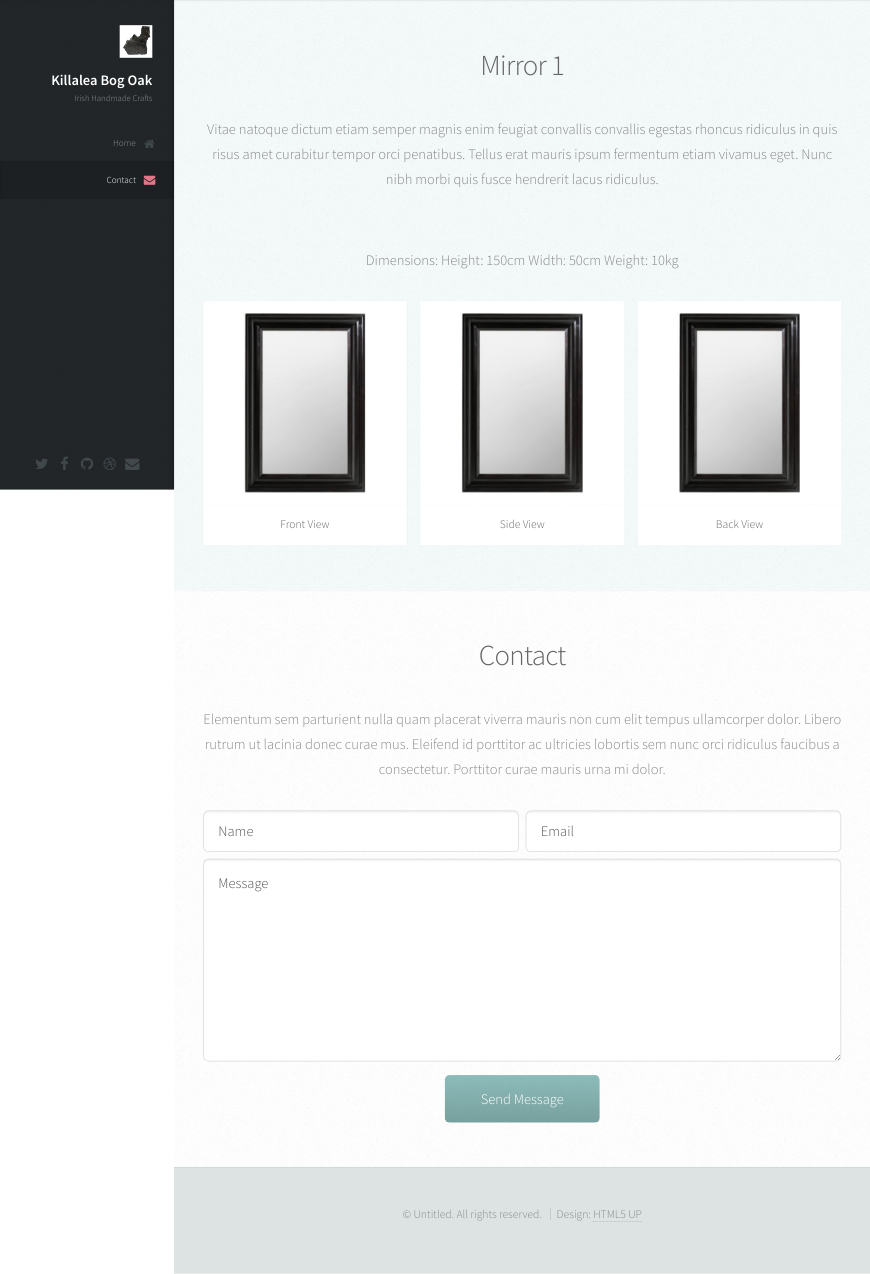
Repository: patrickkillalea/bogoak
Page: workspace/mirrors1.html
The author's editor kept a record of every edit. The page is drawn from the files as they stood at one moment, then again after the next edit.
The browser window is 1280 px wide. The pictures show the whole page, at 68% of full size.

Above is the page before.

### workspace/mirrors1.html
<!DOCTYPE HTML>
<!--
	Prologue by HTML5 UP
	html5up.net | @n33co
	Free for personal and commercial use under the CCA 3.0 license (html5up.net/license)
-->
<html>

<head>
	<title>Prologue by HTML5 UP</title>
	<meta http-equiv="content-type" content="text/html; charset=utf-8" />
	<meta name="description" content="" />
	<meta name="keywords" content="" />
	<!--[if lte IE 8]><script src="css/ie/html5shiv.js"></script><![endif]-->
	<script src="js/jquery.min.js"></script>
	<script src="js/jquery.scrolly.min.js"></script>
	<script src="js/jquery.scrollzer.min.js"></script>
	<script src="js/skel.min.js"></script>
	<script src="js/skel-layers.min.js"></script>
	<script src="js/init.js"></script>
	<noscript>
		<link rel="stylesheet" href="css/skel.css" />
		<link rel="stylesheet" href="css/style.css" />
		<link rel="stylesheet" href="css/style-wide.css" />
	</noscript>
	<!--[if lte IE 9]><link rel="stylesheet" href="css/ie/v9.css" /><![endif]-->
	<!--[if lte IE 8]><link rel="stylesheet" href="css/ie/v8.css" /><![endif]-->
</head>

<body>

	<!-- Header -->
	<div id="header" class="skel-layers-fixed">

		<div class="top">

			<!-- Logo -->
			<div id="logo">
				<span class="image avatar48"><img src="images/bogoakicon.jpg" alt="" /></span>
				<h1 id="title">Killalea Bog Oak</h1>
				<p>Irish Handmade Crafts</p>
			</div>

			<!-- Nav -->
			<nav id="nav">
				<!--

								Prologue's nav expects links in one of two formats:

								1. Hash link (scrolls to a different section within the page)

								   <li><a href="#foobar" id="foobar-link" class="icon fa-whatever-icon-you-want skel-layers-ignoreHref"><span class="label">Foobar</span></a></li>

								2. Standard link (sends the user to another page/site)

								   <li><a href="http://foobar.tld" id="foobar-link" class="icon fa-whatever-icon-you-want"><span class="label">Foobar</span></a></li>

							-->
				<ul>
					<li><a href="index.html" id="top-link" class="skel-layers-ignoreHref"><span class="icon fa-home">Home</span></a>
					</li>
					<li><a href="#contact" id="contact-link" class="skel-layers-ignoreHref"><span class="icon fa-envelope">Contact</span></a>
					</li>
				</ul>
			</nav>

		</div>

		<div class="bottom">

			<!-- Social Icons -->
			<ul class="icons">
				<li><a href="#" class="icon fa-twitter"><span class="label">Twitter</span></a>
				</li>
				<li><a href="#" class="icon fa-facebook"><span class="label">Facebook</span></a>
				</li>
				<li><a href="#" class="icon fa-github"><span class="label">Github</span></a>
				</li>
				<li><a href="#" class="icon fa-dribbble"><span class="label">Dribbble</span></a>
				</li>
				<li><a href="#" class="icon fa-envelope"><span class="label">Email</span></a>
				</li>
			</ul>

		</div>

	</div>

	<!-- Main -->
	<div id="main">


		<!-- Portfolio -->
		<section id="portfolio" class="two">
			<div class="container">

				<header>
					<h2>Mirror 1</h2>
				</header>

				<p>Vitae natoque dictum etiam semper magnis enim feugiat convallis convallis egestas rhoncus ridiculus in quis risus amet curabitur tempor orci penatibus. Tellus erat mauris ipsum fermentum etiam vivamus eget. Nunc nibh morbi quis fusce hendrerit lacus
					ridiculus.
				</p>
				</br>
				<p>Dimensions: Height: 150cm Width: 50cm Weight: 10kg</p>

				<div class="row">
					<div class="4u">
						<article class="item">
							<a href="#" class="image fit">
								<img src="images_mirror/1.jpg" alt="" />
							</a>
							<header>
								<h3>Front View</h3>
							</header>
						</article>
					</div>
					<div class="4u">
						<article class="item">
							<a href="#" class="image fit">
								<img src="images_mirror/1.jpg" alt="" />
							</a>
							<header>
								<h3>Side View</h3>
							</header>
						</article>
					</div>
					<div class="4u">
						<article class="item">
							<a href="#" class="image fit">
								<img src="images_mirror/1.jpg" alt="" />
							</a>
							<header>
								<h3>Back View</h3>
							</header>
						</article>
					</div>
				</div>

			</div>
		</section>

		<!-- Contact -->
		<section id="contact" class="seven">
			<div class="container">

				<header>
					<h2>Contact</h2>
				</header>

				<p>Elementum sem parturient nulla quam placerat viverra mauris non cum elit tempus ullamcorper dolor. Libero rutrum ut lacinia donec curae mus. Eleifend id porttitor ac ultricies lobortis sem nunc orci ridiculus faucibus a consectetur. Porttitor curae
					mauris urna mi dolor.</p>

				<form method="post" action="#">
					<div class="row 50%">
						<div class="6u">
							<input type="text" name="name" placeholder="Name" />
						</div>
						<div class="6u">
							<input type="text" name="email" placeholder="Email" />
						</div>
					</div>
					<div class="row 50%">
						<div class="12u">
							<textarea name="message" placeholder="Message"></textarea>
						</div>
					</div>
					<div class="row">
						<div class="12u">
							<input type="submit" value="Send Message" />
						</div>
					</div>
				</form>

			</div>
		</section>


	</div>

	<!-- Footer -->
	<div id="footer">

		<!-- Copyright -->
		<ul class="copyright">
			<li>&copy; Untitled. All rights reserved.</li>
			<li>Design: <a href="http://html5up.net">HTML5 UP</a>
			</li>
		</ul>

	</div>

</body>

</html>

### workspace/css/style.css
@charset 'UTF-8';
@import url("font-awesome.min.css");
@import url("http://fonts.googleapis.com/css?family=Source+Sans+Pro:300,300italic,400,600");

/*
	Prologue by HTML5 UP
	html5up.net | @n33co
	Free for personal and commercial use under the CCA 3.0 license (html5up.net/license)
*/

/*********************************************************************************/
/* Basic                                                                         */
/*********************************************************************************/

	body
	{
		background: #fff;
	}

		body.is-loading *
		{
			-moz-transition: none !important;
			-webkit-transition: none !important;
			-o-transition: none !important;
			-ms-transition: none !important;
			transition: none !important;
			-moz-animation: none !important;
			-webkit-animation: none !important;
			-o-animation: none !important;
			-ms-animation: none !important;
			animation: none !important;
		}

	body,input,textarea,select
	{
		font-family: 'Source Sans Pro', sans-serif;
		font-size: 19pt;
		font-weight: 300;
		line-height: 1.75em;
		color: #888;
	}

	h1,h2,h3,h4,h5,h6
	{
		font-weight: 300;
		color: #666;
		line-height: 1.5em;
	}

		h1 a, h2 a, h3 a, h4 a, h5 a, h6 a
		{
			color: inherit;
			text-decoration: none;
		}

		h1 strong, h2 strong, h3 strong, h4 strong, h5 strong, h6 strong
		{
			color: #333;
		}

		h2
		{
			font-size: 2em;
			letter-spacing: -1px;
		}

			h2.alt
			{
				color: #888;
			}

			h2.alt strong
			{
				color: #666;
			}

		h3
		{
			font-size: 1.5em;
		}

	header
	{
		margin: 0 0 2em 0;
	}

		header > p
		{
			margin: 1em 0 0 0;
		}

	footer
	{
		margin: 2em 0 0 0;
	}

	strong, b
	{
		font-weight: 300;
		color: #666;
	}

	em, i
	{
		font-style: italic;
	}

	a
	{
		text-decoration: none;
		color: inherit;
		border-bottom: dotted 1px rgba(128,128,128,0.5);
		-moz-transition: color 0.35s ease-in-out, border-bottom-color 0.35s ease-in-out;
		-webkit-transition: color 0.35s ease-in-out, border-bottom-color 0.35s ease-in-out;
		-o-transition: color 0.35s ease-in-out, border-bottom-color 0.35s ease-in-out;
		-ms-transition: color 0.35s ease-in-out, border-bottom-color 0.35s ease-in-out;
		transition: color 0.35s ease-in-out, border-bottom-color 0.35s ease-in-out;
		outline: 0;
	}

		a:hover
		{
			color: #E27689;
			border-bottom-color: rgba(255,255,255,0);
		}

	sub
	{
		position: relative;
		top: 0.5em;
		font-size: 0.8em;
	}

	sup
	{
		position: relative;
		top: -0.5em;
		font-size: 0.8em;
	}

	hr
	{
		border: 0;
		border-top: solid 1px #ddd;
	}

	blockquote
	{
		border-left: solid 0.5em #ddd;
		padding: 1em 0 1em 2em;
		font-style: italic;
	}

	p, ul, ol, dl, table
	{
		margin-bottom: 2em;
	}

	br.clear
	{
		clear: both;
	}

	/* Sections/Article */

		section,
		article
		{
			margin-bottom: 3em;
		}

			section > :last-child,
			article > :last-child,
			section > .container > :last-child,
			article > .container > :last-child
			{
				margin-bottom: 0;
			}

			section:last-child,
			article:last-child
			{
				margin-bottom: 0;
			}

			.row > section,
			.row > article
			{
				margin-bottom: 0;
			}

	/* Image */

		.image
		{
			display: inline-block;
			border: 0;
		}

			.image img
			{
				display: block;
				width: 100%;
			}

			.image.avatar48
			{
				width: 48px;
				height: 48px;
				background: #f00;
			}

				.image.avatar48 img
				{
					width: 48px;
					height: 48px;
				}

			.image.fit
			{
				display: block;
				width: 100%;
			}

			.image.featured
			{
				display: block;
				width: 100%;
				margin: 0 0 2em 0;
			}

			.image.left
			{
				float: left;
				margin: 0 2em 2em 0;
			}

			.image.centered
			{
				display: block;
				margin: 0 0 2em 0;
			}

				.image.centered img
				{
					margin: 0 auto;
					width: auto;
				}

	/* List */

		ul
		{
		}

			ul.default
			{
				list-style: disc;
				padding-left: 1em;
			}

				ul.default li
				{
					padding-left: 0.5em;
				}

			ul.icons
			{
				cursor: default;
			}

				ul.icons li
				{
					display: inline-block;
				}

					ul.icons a
					{
						display: inline-block;
						width: 2em;
						height: 2em;
						line-height: 2em;
						text-align: center;
						border: 0;
					}

		ol
		{
		}

			ol.default
			{
				list-style: decimal;
				padding-left: 1.25em;
			}

				ol.default li
				{
					padding-left: 0.25em;
				}

	/* Form */

		form
		{
		}

			form label
			{
				display: block;
				text-align: left;
				margin-bottom: 0.5em;
			}

			form input[type="text"],
			form input[type="email"],
			form input[type="password"],
			form select,
			form textarea
			{
				position: relative;
				-webkit-appearance: none;
				display: block;
				border: 0;
				outline: 0;
				background: #fff;
				background: rgba(255,255,255,0.75);
				width: 100%;
				border-radius: 0.35em;
				padding: 0.75em 1em 0.75em 1em;
				box-shadow: inset 0 0.1em 0.1em 0 rgba(0,0,0,0.05);
				border: solid 1px rgba(0,0,0,0.15);
				-moz-transition: all 0.35s ease-in-out;
				-webkit-transition: all 0.35s ease-in-out;
				-o-transition: all 0.35s ease-in-out;
				-ms-transition: all 0.35s ease-in-out;
				transition: all 0.35s ease-in-out;
			}

				form input[type="text"],
				form input[type="email"],
				form input[type="password"],
				form select
				{
					line-height: 1.25em;
				}

				form input[type="text"]:focus,
				form input[type="email"]:focus,
				form input[type="password"]:focus,
				form select:focus,
				form textarea:focus
				{
					box-shadow: 0 0 2px 1px #8ebebc;
					background: #fff;
				}

				form textarea
				{
					min-height: 14em;
				}

				form .formerize-placeholder
				{
					color: #555 !important;
				}

				form ::-webkit-input-placeholder
				{
					color: #555 !important;
				}

				form :-moz-placeholder
				{
					color: #555 !important;
				}

				form ::-moz-placeholder
				{
					color: #555 !important;
				}

				form :-ms-input-placeholder
				{
					color: #555 !important;
				}

				form ::-moz-focus-inner
				{
					border: 0;
				}

	/* Table */

		table
		{
			width: 100%;
		}

			table.default
			{
				width: 100%;
				text-align: left;
			}

				table.default tbody tr:nth-child(2n+2)
				{
					background: #f4f4f4;
				}

				table.default td
				{
					padding: 0.5em 1em 0.5em 1em;
				}

				table.default th
				{
					text-align: left;
					padding: 0.5em 1em 0.5em 1em;
					color: #fff;
					background: #222729 url('images/overlay.png');
				}

				table.default thead
				{
					background: #444;
					color: #fff;
				}

				table.default tfoot
				{
					background: #eee;
				}

				table.default tbody
				{
				}

	/* Button */

		input[type="button"],
		input[type="submit"],
		input[type="reset"],
		.button
		{
			position: relative;
			display: inline-block;
			border-radius: 0.35em;
			color: #fff !important;
			text-decoration: none;
			padding: 0.75em 2.5em 0.75em 2.5em;
			background-color: #8ebebc;
			border: 0;
			cursor: pointer;
			background-image: -moz-linear-gradient(top, rgba(0,0,0,0), rgba(0,0,0,0.15)), url('images/overlay.png');
			background-image: -webkit-linear-gradient(top, rgba(0,0,0,0), rgba(0,0,0,0.15)), url('images/overlay.png');
			background-image: -o-linear-gradient(top, rgba(0,0,0,0), rgba(0,0,0,0.15)), url('images/overlay.png');
			background-image: -ms-linear-gradient(top, rgba(0,0,0,0), rgba(0,0,0,0.15)), url('images/overlay.png');
			background-image: linear-gradient(top, rgba(0,0,0,0), rgba(0,0,0,0.15)), url('images/overlay.png');
			-moz-transition: background-color 0.35s ease-in-out;
			-webkit-transition: background-color 0.35s ease-in-out;
			-o-transition: background-color 0.35s ease-in-out;
			-ms-transition: background-color 0.35s ease-in-out;
			transition: background-color 0.35s ease-in-out;
		}

			input[type="button"]:hover,
			input[type="submit"]:hover,
			input[type="reset"]:hover,
			.button:hover
			{
				background-color: #9ececc;
			}

			input[type="button"]:active,
			input[type="submit"]:active,
			input[type="reset"]:active,
			.button:active
			{
				background-color: #7eaeac;
			}

	/* Item */

		.item
		{
			box-shadow: 0 0.05em 0.15em 0 rgba(0,0,0,0.05);
			margin-bottom: 40px;
		}

			.item header
			{
				background: #fff;
				margin: 0;
				padding: 1em 0 1em 0;
				font-size: 0.8em;
			}

				.item header h3
				{
					font-size: 1em;
				}

/*********************************************************************************/
/* Icons                                                                         */
/*********************************************************************************/

	.icon {
		text-decoration: none;
	}

		.icon:before {
			display: inline-block;
			font-family: FontAwesome;
			font-size: 1.25em;
			text-decoration: none;
			font-style: normal;
			font-weight: normal;
			line-height: 1;
			-webkit-font-smoothing:antialiased;
			-moz-osx-font-smoothing:grayscale;
		}

		.icon > .label {
			display: none;
		}

/*********************************************************************************/
/* Header                                                                        */
/*********************************************************************************/

	#header
	{
		position: fixed;
		top: 0;
		left: 0;
		width: 375px;
		height: 100%;
		color: #fff;
		background: #222629 url('images/overlay.png');
		box-shadow: inset -0.25em 0 0.25em 0 rgba(0,0,0,0.1);
		text-align: right;
	}

		#header .top
		{
			position: absolute;
			left: 0;
			top: 0;
			width: 100%;
		}

		#header .bottom
		{
			position: absolute;
			left: 0;
			bottom: 0;
			width: 100%;
		}

		#header .icons
		{
			font-size: 0.8em;
			margin: 0 0 1em 0;
			text-align: center;
		}

			#header .icons a
			{
				color: #41484c;
				-moz-transition: color 0.35s ease-in-out;
				-webkit-transition: color 0.35s ease-in-out;
				-o-transition: color 0.35s ease-in-out;
				-ms-transition: color 0.35s ease-in-out;
				transition: color 0.35s ease-in-out;
			}

				#header .icons a:hover
				{
					color: #fff;
				}

	#logo
	{
		position: relative;
		margin: 1.75em 1.5em 1.5em 1.5em;
		min-height: 48px;
		cursor: default;
	}

		#logo h1
		{
			position: relative;
			color: #fff;
			font-weight: 600;
			font-size: 1em;
			line-height: 1em;
		}

		#logo p
		{
			position: relative;
			display: block;
			font-size: 0.6em;
			color: rgba(255,255,255,0.5);
			line-height: 1.25em;
			margin: 0.5em 0 0 0;
		}

		#logo .image
		{
			position: absolute;
			left: 0;
			top: 0;
		}

	#nav
	{
	}

		#nav ul
		{
		}

			#nav ul li
			{
			}

				#nav ul li a
				{
					display: block;
					padding: 0.5em 1.5em 0.5em 1.5em;
					color: rgba(255,255,255,0.5);
					text-decoration: none;
					outline: 0;
					border: 0;
					-moz-transition: none;
					-webkit-transition: none;
					-o-transition: none;
					-ms-transition: none;
					transition: none;
				}

					#nav ul li a span
					{
						position: relative;
						display: block;
						font-size: 0.8em;
					}

						#nav ul li a span:before
						{
							position: absolute;
							left: 0;
							color: #41484c;
							text-align: center;
							width: 1.25em;
							line-height: 1.75em;
						}

					#nav ul li a.active
					{
						background: rgba(0,0,0,0.15);
						box-shadow: inset 0 0 0.25em 0 rgba(0,0,0,0.125);
						color: #fff;
					}

						#nav ul li a.active span
						{
						}

							#nav ul li a.active span:before
							{
								color: #e27689;
							}

/*********************************************************************************/
/* Footer                                                                        */
/*********************************************************************************/

	#footer
	{
		margin-left: 375px;
		text-align: center;
		background-color: #dce3e2;
		padding: 3em 0 4em 0;
		box-shadow: inset 0 1px 0 0 rgba(0,0,0,0.05), inset 0 0.1em 0.1em 0 rgba(0,0,0,0.025);
		font-size: 0.8em;
	}

		#footer .copyright
		{
			cursor: default;
			margin: 0;
		}

			#footer .copyright li
			{
				display: inline-block;
				line-height: 1em;
				border-left: solid 1px rgba(128,128,128,0.35);
				padding: 0 0 0 0.5em;
				margin: 0 0 0 0.5em;
			}

			#footer .copyright li:first-child
			{
				border-left: 0;
				padding-left: 0;
				margin-left: 0;
			}

/*********************************************************************************/
/* Main                                                                          */
/*********************************************************************************/

	#main
	{
		margin-left: 375px;
	}

		#main > section
		{
			margin: 0;
			overflow: hidden;
			padding: 4em 0;
			box-shadow: inset 0 1px 0 0 rgba(0,0,0,0.05), inset 0 0.1em 0.1em 0 rgba(0,0,0,0.025);
			text-align: center;
			background-image: url('images/overlay.png');
		}

			#main > section.dark
			{
				color: #ddd;
				color: rgba(255,255,255,0.75);
			}

				#main > section.dark h2,
				#main > section.dark h3,
				#main > section.dark h4,
				#main > section.dark h5,
				#main > section.dark h6
				{
					color: inherit;
				}

				#main > section.dark strong,
				#main > section.dark a
				{
					color: #fff;
					border-color: inherit;
				}

					#main > section.dark a:hover
					{
						border-bottom-color: rgba(255,255,255,0);
					}

			#main > section.cover
			{
				padding: 6em 0;
				background-size: cover;
				background-position: center center;
			}

			#main > section.one
			{
				background-color: #81918E;
				background-image: url('../images/banner.jpg');
			}

			#main > section.two
			{
				background-color: #f5fafa;
			}

			#main > section.three
			{
				background-color: #ecf1f1;
			}

			#main > section.four
			{
				background-color: #e8edec;
			}

### workspace/css/style-wide.css
/*
	Prologue by HTML5 UP
	html5up.net | @n33co
	Free for personal and commercial use under the CCA 3.0 license (html5up.net/license)
*/

/*********************************************************************************/
/* Basic                                                                         */
/*********************************************************************************/

	body,input,textarea,select
	{
		font-size: 17pt;
	}

/*********************************************************************************/
/* Header                                                                        */
/*********************************************************************************/

	#header
	{
		width: 300px;
	}

/*********************************************************************************/
/* Footer                                                                        */
/*********************************************************************************/

	#footer
	{
		margin-left: 300px;
	}

/*********************************************************************************/
/* Main                                                                          */
/*********************************************************************************/

	#main
	{
		margin-left: 300px;
	}

### workspace/css/style-narrow.css
/*
	Prologue by HTML5 UP
	html5up.net | @n33co
	Free for personal and commercial use under the CCA 3.0 license (html5up.net/license)
*/

/*********************************************************************************/
/* Basic                                                                         */
/*********************************************************************************/

	body,input,textarea,select
	{
		font-size: 16pt;
	}

	.container
	{
		padding: 0 2em 0 2em;
	}

	/* List */

		ul
		{
		}

			ul.icons
			{
			}

				ul.icons li
				{
				}

				ul.icons li a
				{
					width: 1.75em;
				}

	/* Item */

		.item
		{
			margin-bottom: 20px;
		}

/*********************************************************************************/
/* Header                                                                        */
/*********************************************************************************/

	#header
	{
		width: 20%;
	}

	#logo
	{
	}

		#logo .image
		{
			position: relative;
			margin: 0 0 0.5em 0;
		}

	#nav
	{
	}

		#nav ul
		{
		}

			#nav ul li
			{
			}

				#nav ul li a
				{
					font-size: 0.8em;
					padding-top: 0.5em;
					padding-bottom: 0.5em;
				}

					#nav ul li a span
					{
						padding-right: 2.25em;
					}

						#nav ul li a span:before
						{
							left: 100%;
							margin-left: -1.25em;
							line-height: 2.25em;
						}

/*********************************************************************************/
/* Footer                                                                        */
/*********************************************************************************/

	#footer
	{
		margin-left: 20%;
	}

/*********************************************************************************/
/* Main                                                                          */
/*********************************************************************************/

	#main
	{
		margin-left: 20%;
	}

Loaded but not shown: workspace/js/jquery.min.js (library); workspace/js/jquery.scrolly.min.js (common file); workspace/js/jquery.scrollzer.min.js (common file); workspace/js/skel.min.js (library); workspace/js/skel-layers.min.js (library); workspace/css/style-normal.css (common file); workspace/css/font-awesome.min.css (library); workspace/js/init.js (125 lines, source omitted)

After the next edit:
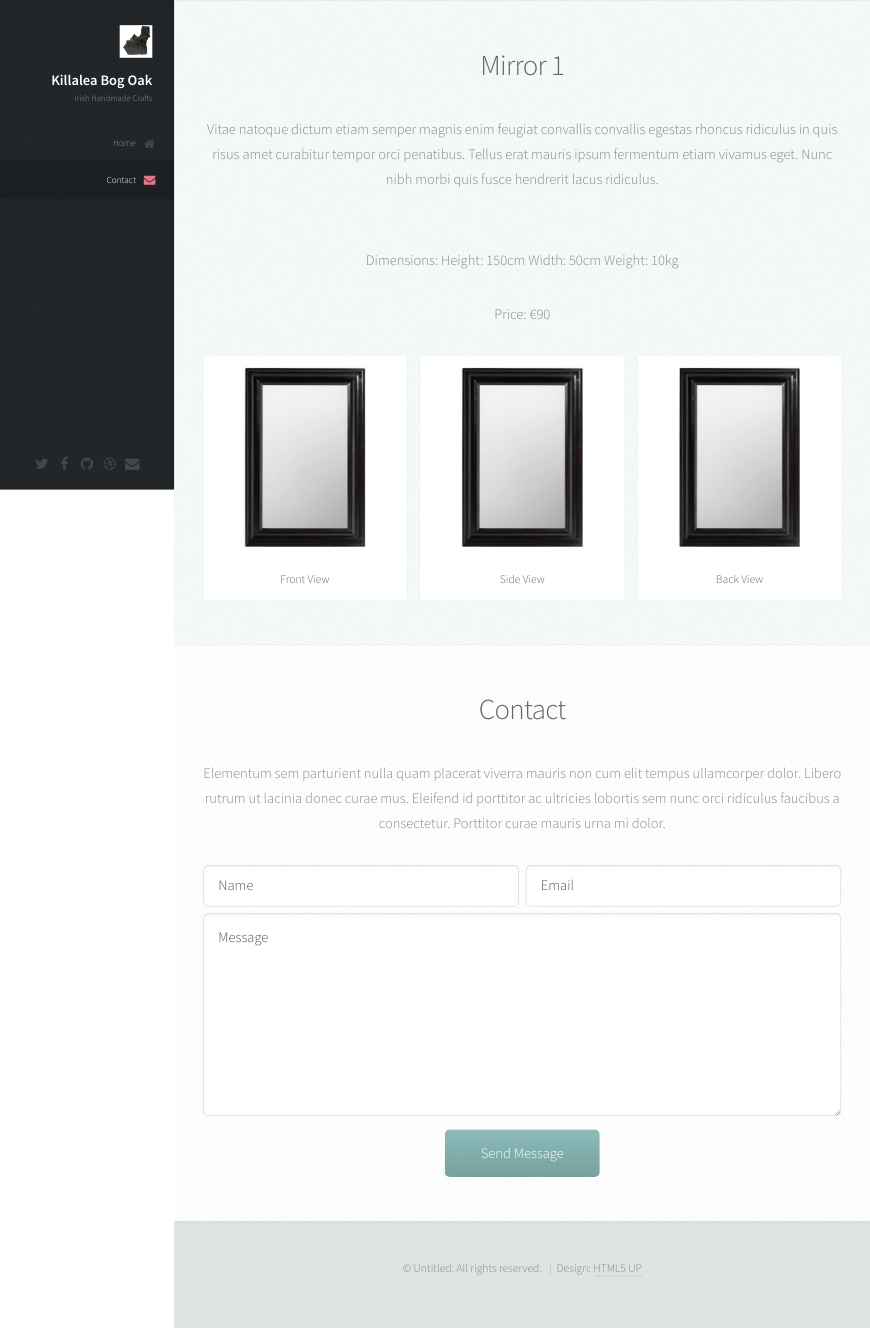
The edit:
--- a/workspace/mirrors1.html
+++ b/workspace/mirrors1.html
@@ -103,6 +103,7 @@
 				</p>
 				</br>
 				<p>Dimensions: Height: 150cm Width: 50cm Weight: 10kg</p>
+				<p>Price: €90</p>
 
 				<div class="row">
 					<div class="4u">
